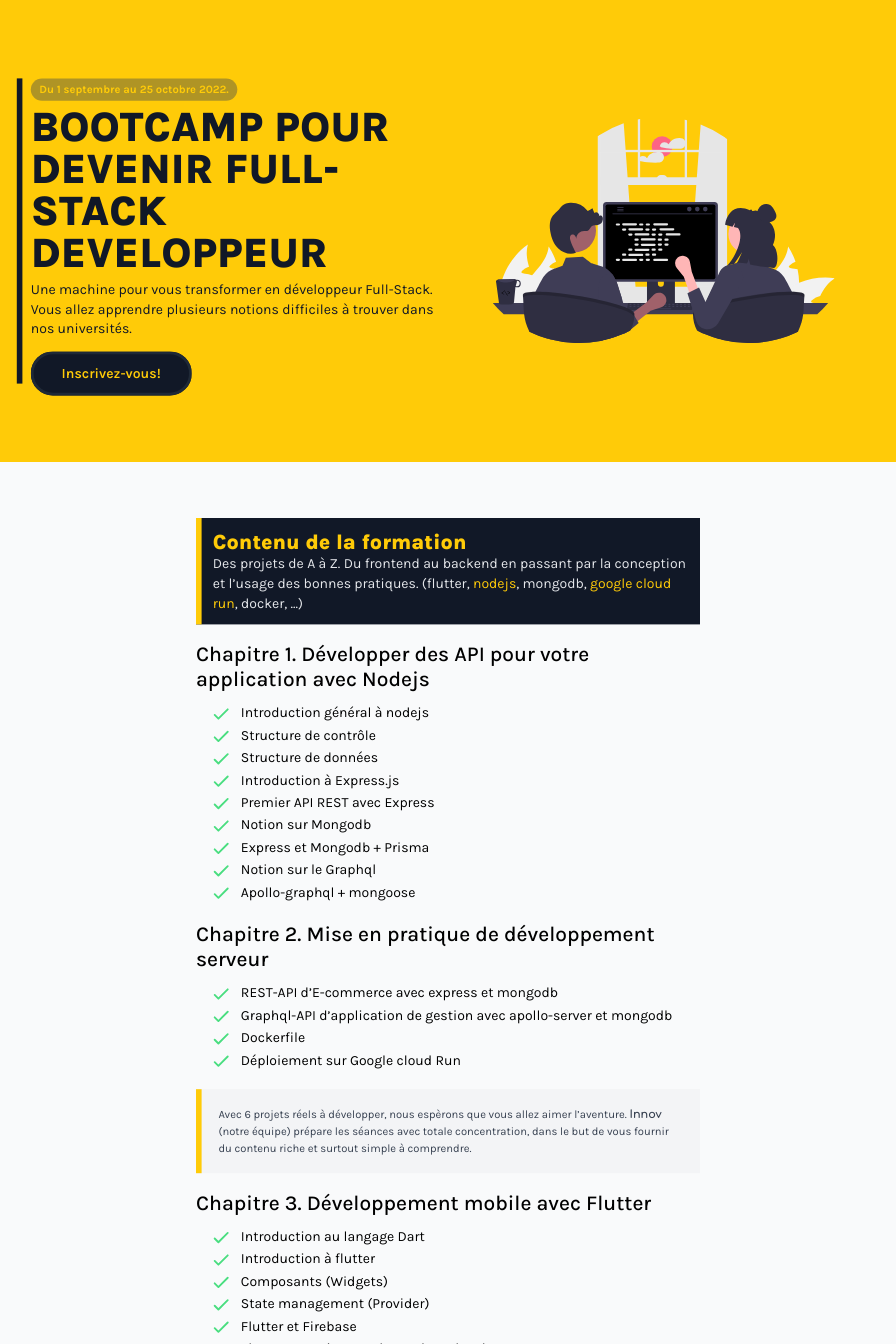
Repository: alfredlwanzo/course
Page: /
These files come from the project's save history. The page is drawn as it stood at one moment and after the next save; the edit follows.
The browser window is 1280 px wide. The pictures show the part of the page from y = 0 to 1920 px (the page is 3478 px tall before and 3474 px after), at 70% of full size.
The project was rebuilt for these pictures with package versions that can differ from the ones it lists, and the page was loaded fresh each time. The framework's server and built-in components were replaced by stand-ins that run in the browser. Also part of the build but not shown: next.config.js.

Above is the page before, as saved 2022-08-09 16:24:50.

After the next save:
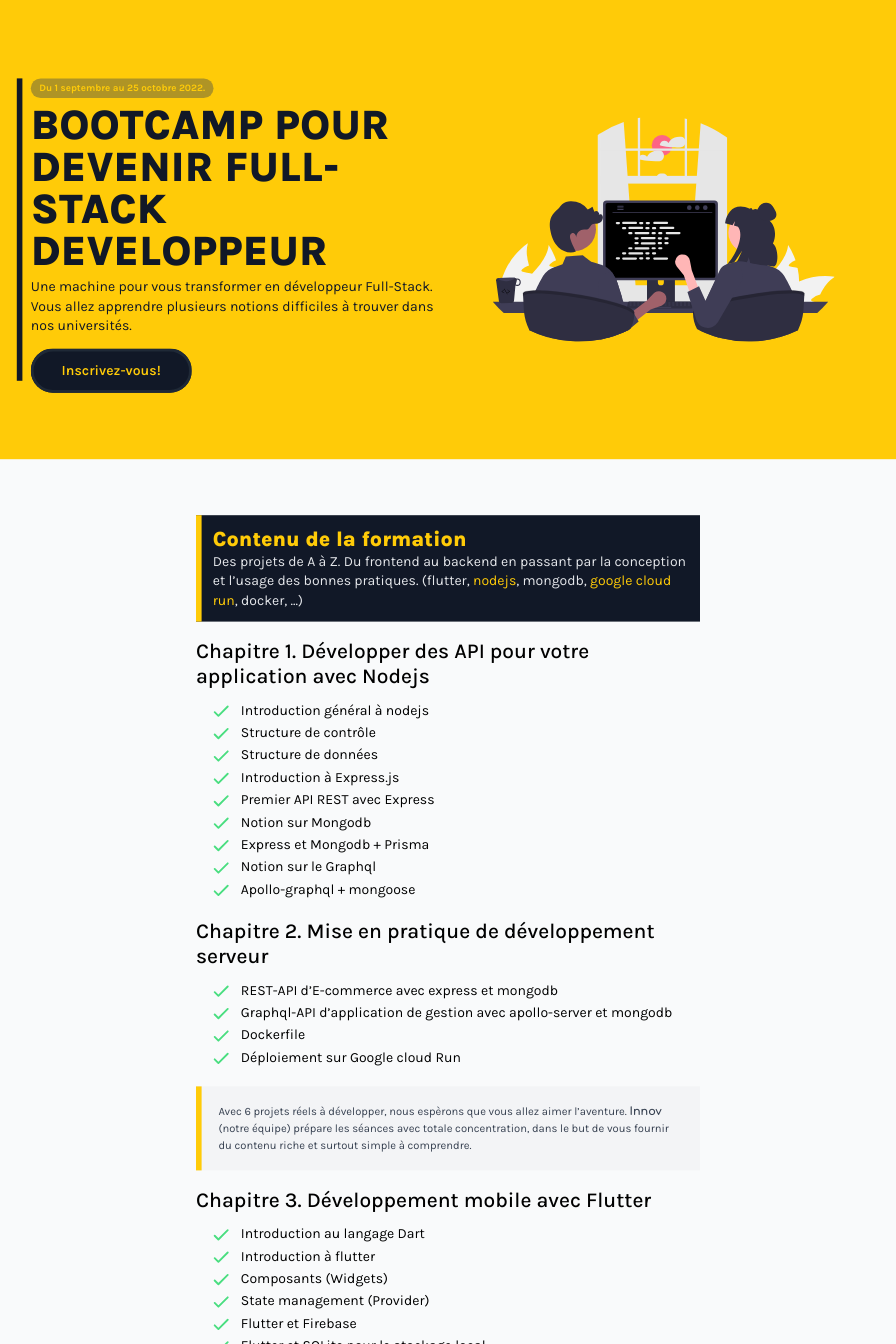
Saved 26 s later.
--- a/src/components/sections/Home.tsx
+++ b/src/components/sections/Home.tsx
@@ -8,7 +8,7 @@
       <div className="grid md:grid-cols-2 gap-10 lg:gap-0">
         <div className="border-l-8 border-l-gray-900 pl-3">
           <div className="bg-gray-700 bg-opacity-40 w-max py-1 px-3 rounded-full">
-            <h6 className="font-bold text-primary">
+            <h6 className="font-bold text-sm text-primary">
               Du 1 septembre au 25 octobre 2022.
             </h6>
           </div>

After the save that followed:
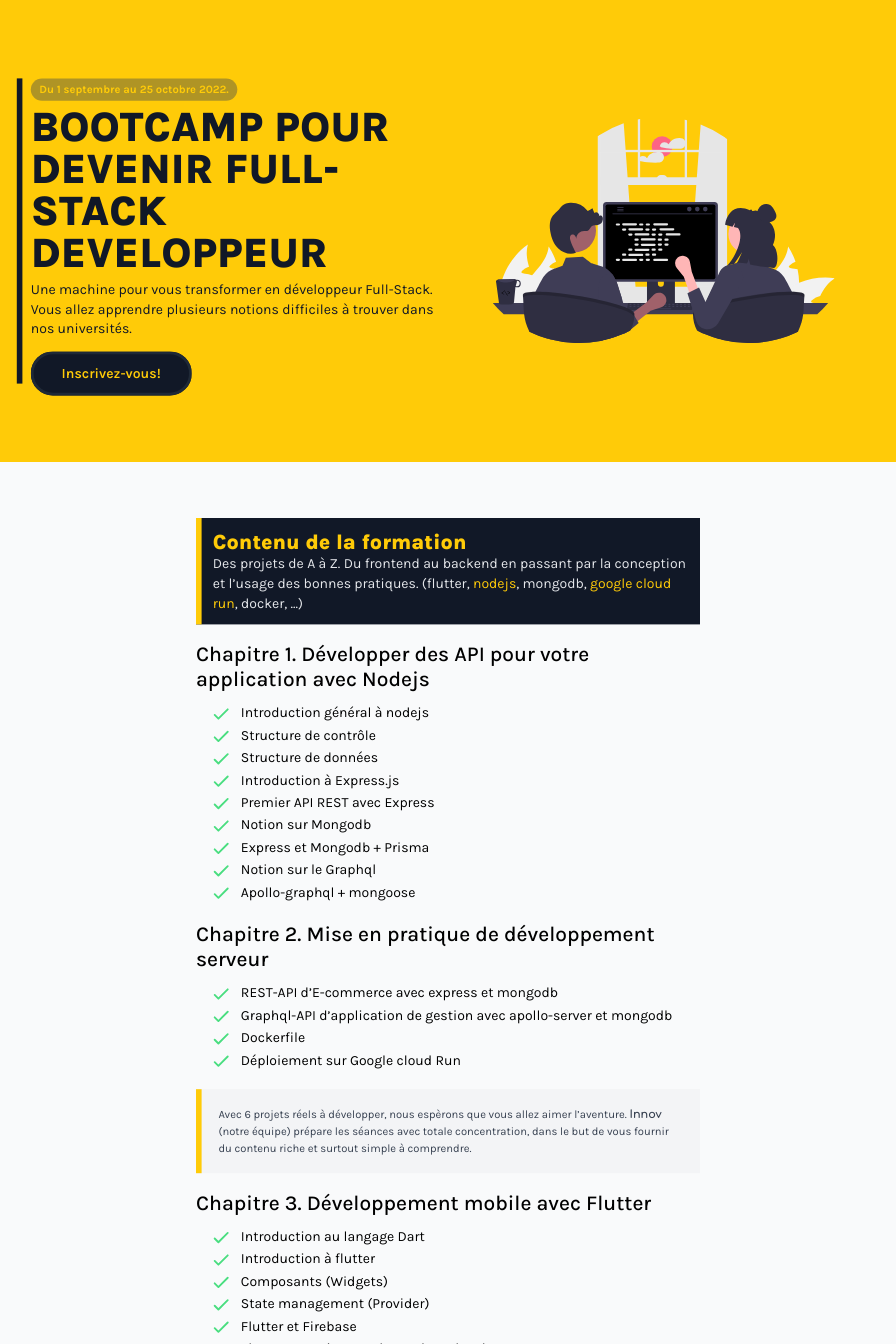
Saved 44 s later.
--- a/src/components/sections/Home.tsx
+++ b/src/components/sections/Home.tsx
@@ -8,7 +8,7 @@
       <div className="grid md:grid-cols-2 gap-10 lg:gap-0">
         <div className="border-l-8 border-l-gray-900 pl-3">
           <div className="bg-gray-700 bg-opacity-40 w-max py-1 px-3 rounded-full">
-            <h6 className="font-bold text-sm text-primary">
+            <h6 className="font-bold text-sm md:text-base text-primary">
               Du 1 septembre au 25 octobre 2022.
             </h6>
           </div>
